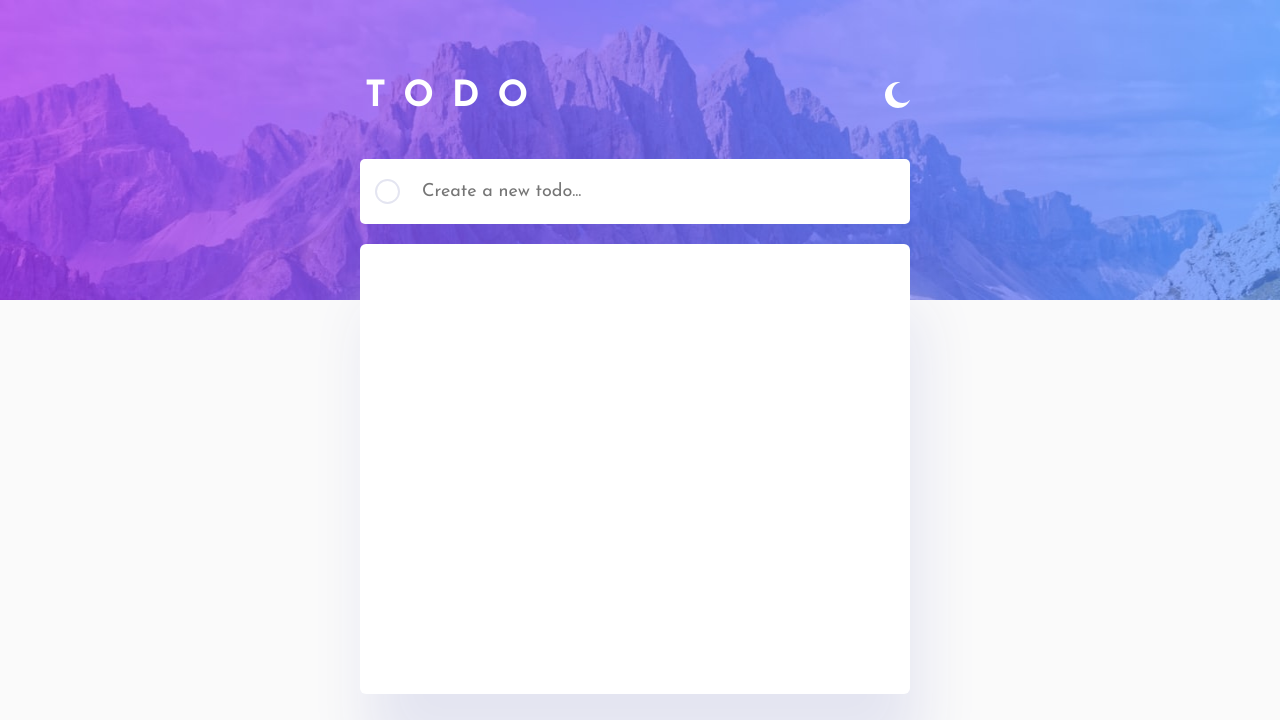
Repository: Haviles04/todoapp
Page: /
These files come from the project's save history. The page is drawn as it stood at one moment and after the next save; the edit follows.
The browser window is 1280 px wide. The pictures show the whole page.
The project was rebuilt for these pictures with package versions that can differ from the ones it lists, and the page was loaded fresh each time.

Above is the page before, as saved 2022-10-18 18:52:03.

### public/index.html
<!DOCTYPE html>
<html lang="en">
  <head>
    <meta charset="utf-8" />
    <link rel="icon" href="%PUBLIC_URL%/favicon.ico" />
    <meta name="viewport" content="width=device-width, initial-scale=1" />
    <meta name="theme-color" content="#000000" />
    <meta
      name="description"
      content="Web site created using create-react-app"
    />
    <link rel="apple-touch-icon" href="%PUBLIC_URL%/logo192.png" />

    <link rel="manifest" href="%PUBLIC_URL%/manifest.json" />

    <title>Todo App</title>
  </head>
  <body>

    <div id="root"></div>

  </body>
</html>

### src/App.js
import React, { useState } from "react";
import "./App.css";
import TaskInput from "./components/taskInput/TaskInput";
import TaskDisplay from "./components/taskDisplay/TaskDisplay";
import Header from "./components/header/Header";

function App() {
  const [todo, setTodo] = useState({});
  const toDoList = [];

  function onChange(e){
    setTodo(e.target.value);
  }

  function handleClick(e) {
    e.preventDefault();

    const newTodo = {
      text: todo,
      complete: false,
    };

    toDoList.push(newTodo.text);

    console.log(todo);

  }






  return (
    <div className="App">
      <Header />
      <TaskInput onChange={onChange} handleClick={handleClick} todo={todo} />
      <TaskDisplay toDoList={toDoList} />
    </div>
  );
}

export default App;

### src/App.css
@import url('https://fonts.googleapis.com/css2?family=Josefin+Sans:wght@400;700&display=swap');

body, html{
    width: 100vw;
    height: auto;
    margin: 0;
    font-family: 'Josefin Sans', sans-serif;
    font-size: 18px;
    display: flex;
    justify-content: center;
    background-image: url('./assests/bg-desktop-light.jpg');
    background-repeat: no-repeat;
    background-size: 100% 300px;
    background-color: hsl(0, 0%, 98%);
}

### src/components/taskInput/TaskInput.jsx
import React from 'react'
import './taskInput.css'


function TaskInput(props) {

  return (
    <div className='inputContainer'>
        <form>
            <button id='taskBtn' className='taskBtn' type="submit" onSubmit={props.handleClick} ></button>
            <input id='taskInput' className='taskInput' type="text" placeholder='Create a new todo...' onChange={props.onChange}></input>
        </form>
    </div>
  )
}

export default TaskInput

### src/components/taskDisplay/TaskDisplay.jsx
import React from 'react'
import './taskDisplay.css'

function TaskDisplay(props) {


  return (
    <div className='taskDisplay'>
        {props.toDoList}
    </div>
  )
}

export default TaskDisplay

### src/components/header/Header.jsx
import React from 'react'
import './header.css'


function Header() {
  return (
    <div id="header" className='header'>

        <h1>TODO</h1>
        <button className='modeToggle'></button>

    </div>
  )
}

export default Header

### src/components/taskInput/taskInput.css
.inputContainer{
    height: 65px;
    width: 550px;
    background-color: white;
    border-radius: 5px;
    display: flex;
    justify-content: space-between;
    align-items: center;
    margin-top: 15px;
}

form{
    display:flex;
    align-items: center;
}

.taskBtn{
    width:25px;
    height: 25px;
    border-radius: 50%;
    border:2px solid hsl(236, 33%, 92%);
    background-color: transparent;
    margin-left: 15px;


}

.taskInput{
    width: 450px;
    height: 30px;
    margin-left: 20px;
    font-family: 'Josefin Sans', sans-serif;
    border: 0;
    outline: none;
    font-size: 18px;
}

### src/components/taskDisplay/taskDisplay.css
.taskDisplay {
    margin-top: 20px;
    width: 550px;
    height: 450px;
    background-color: white;
    border-radius: 6px;
    box-shadow: 10px 65px 60px hsl(236, 33%, 92%);
}

### src/components/header/header.css
.header{
    padding: 5px;
    width: 550px;
    margin-top: 50px;
    display: flex;
    justify-content: space-between;
    align-items: center;
}

.modeToggle{
    background-image: url('../../assests/icon-moon.svg');
    height: 30px;
    width: 30px;
    border: none;
    background-color: transparent;
    background-repeat: no-repeat;
}

.modeToggle:hover{
    cursor: pointer;
}

.header h1{
    color: white;
    letter-spacing: 1rem;
}

Loaded but not shown: src/index.js (common file)

After the next save:
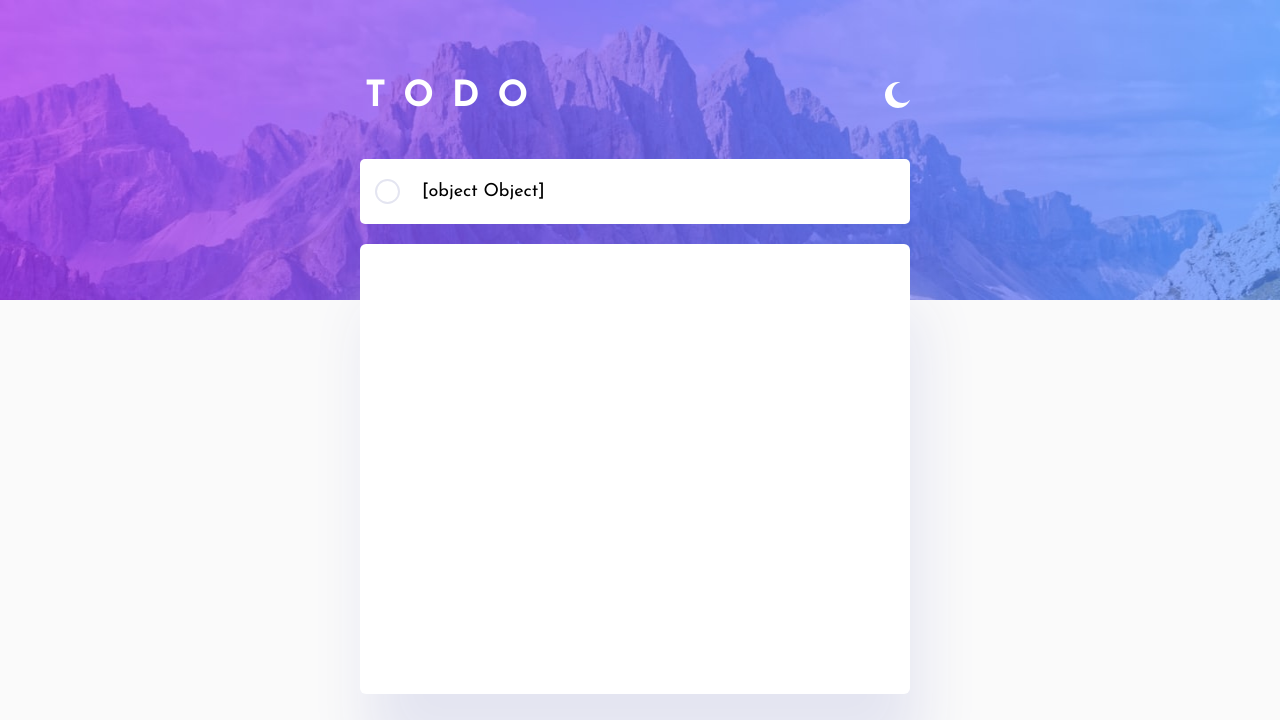
Saved 45 s later.
--- a/src/components/taskInput/TaskInput.jsx
+++ b/src/components/taskInput/TaskInput.jsx
@@ -8,7 +8,7 @@
     <div className='inputContainer'>
         <form>
             <button id='taskBtn' className='taskBtn' type="submit" onSubmit={props.handleClick} ></button>
-            <input id='taskInput' className='taskInput' type="text" placeholder='Create a new todo...' onChange={props.onChange}></input>
+            <input id='taskInput' className='taskInput' type="text" placeholder='Create a new todo...' onChange={props.onChange} value={props.todo}></input>
         </form>
     </div>
   )

After the save that followed:
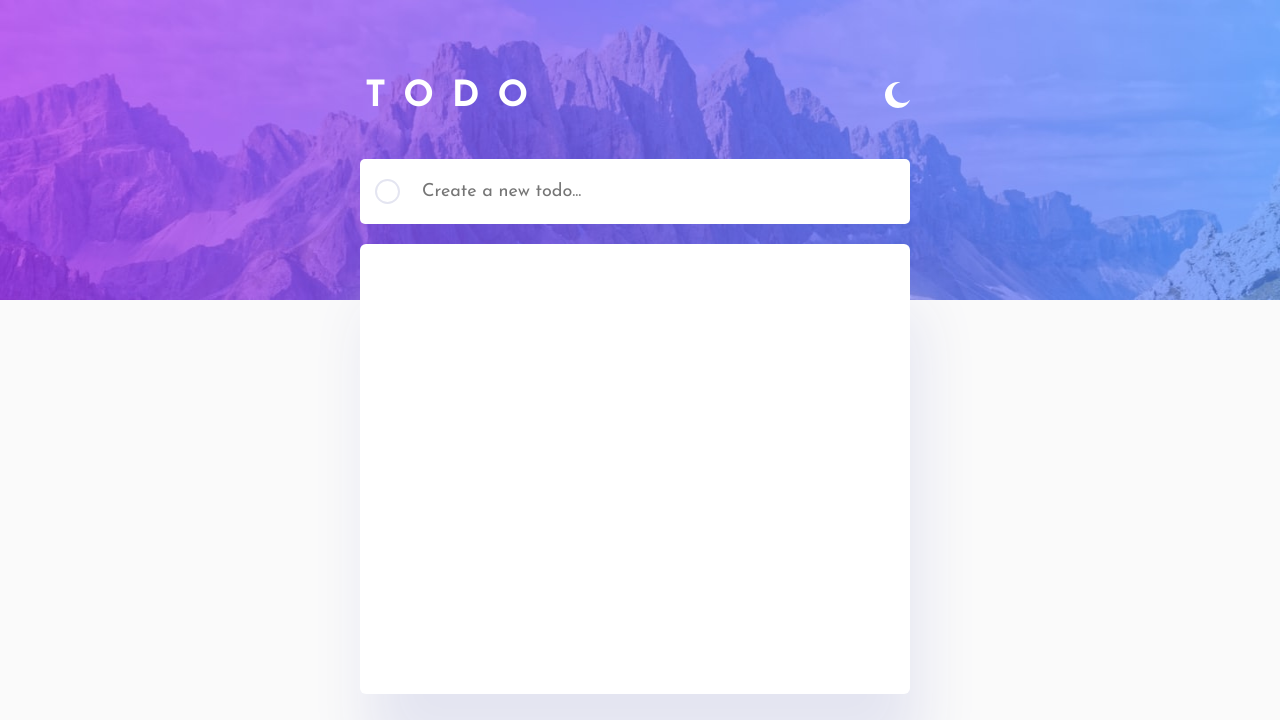
Saved 12 s later.
--- a/src/components/taskInput/TaskInput.jsx
+++ b/src/components/taskInput/TaskInput.jsx
@@ -8,7 +8,7 @@
     <div className='inputContainer'>
         <form>
             <button id='taskBtn' className='taskBtn' type="submit" onSubmit={props.handleClick} ></button>
-            <input id='taskInput' className='taskInput' type="text" placeholder='Create a new todo...' onChange={props.onChange} value={props.todo}></input>
+            <input id='taskInput' className='taskInput' type="text" placeholder='Create a new todo...' onChange={props.onChange} ></input>
         </form>
     </div>
   )
